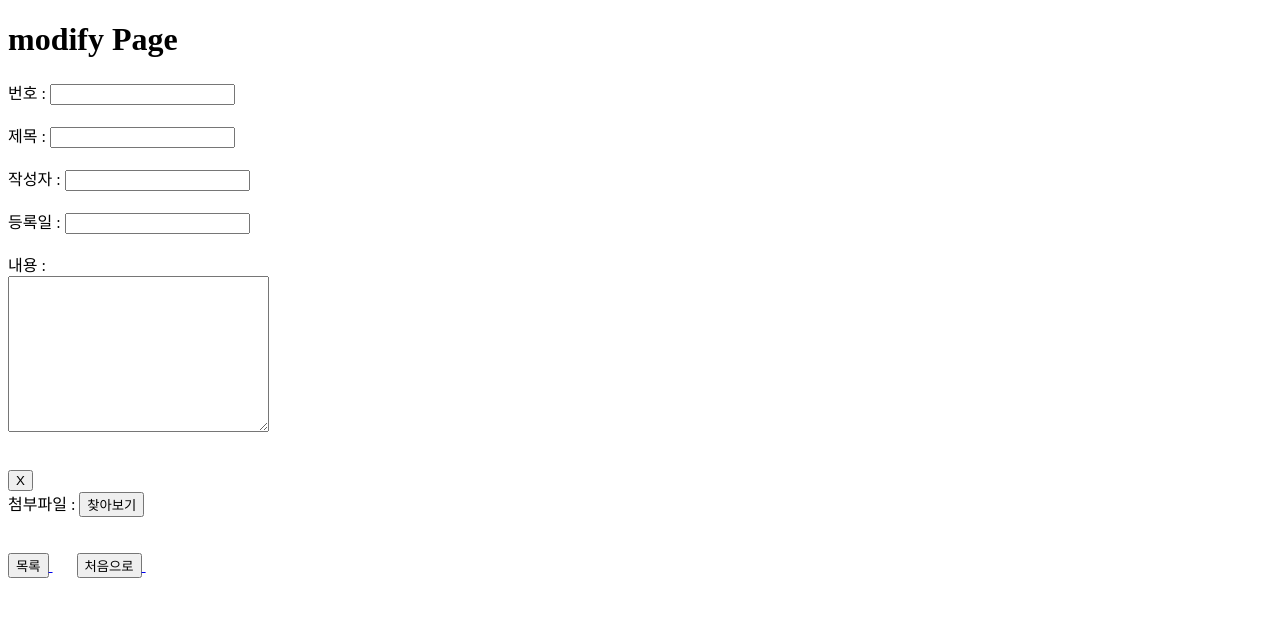
Repository: bbqju13/20230613spring
Page: http://localhost/spring/WEB-INF/views/board/modify.jsp
These files come from the project's save history. The page is drawn as it stood at one moment and after the next save; the edit follows.
The browser window is 1280 px wide. The pictures show the whole page.
The page is served by Tomcat 9. Nobody is signed in. Other server files are loaded and not shown. The template is opened directly, without the code that normally fills it, so the values that code supplies are empty.

Above is the page before, as saved 2023-06-15 05:22:48.

### _spring_project1/spring/src/main/webapp/WEB-INF/views/board/modify.jsp
<%@ page language="java" contentType="text/html; charset=UTF-8"
    pageEncoding="UTF-8"%>
<%@ taglib uri="http://java.sun.com/jsp/jstl/core" prefix="c"%>
<%@ taglib uri="http://java.sun.com/jsp/jstl/functions" prefix="fn"%>
<!DOCTYPE html>
<html>
<head>
<meta charset="UTF-8">
<title>modify Page</title>
</head>
<body>
<h1>modify Page</h1>
<form action="/board/modify" method="post" enctype="multipart/dataform">
번호 : <input type="text" name="bno" value="${boardDTO.bvo.bno }" readonly="readonly">  <br> <br>
제목 : <input type="text" name="title" value="${boardDTO.bvo.title }"> <br> <br>
작성자 : <input type="text" name="writer" value="${boardDTO.bvo.writer }" readonly="readonly"> <br> <br>
등록일 : <input type="text" name="reg_date" value="${boardDTO.bvo.reg_date }" readonly="readonly"> <br> <br>
내용 : <br>
<textarea rows="10" cols="30" name="content">${boardDTO.bvo.content }</textarea> <br> <br>
<!-- 이미지 파일 -->
<div>
	<c:set var="flist" value="#{boardDTO.flist }"></c:set>
	<ul>
		<c:forEach items="${flist }" var="fvo">
			<li>
				<c:choose>
					<c:when test="${fvo.file_type > 0 }">
						<div>
							<img alt="XXX" src="/upload/${fn:replace(fvo.save_dir, '\\','/') }/${fvo.uuid}_th_${fvo.file_name}">
						</div>
					</c:when>
					<c:otherwise>
						<div>
							<!-- 클립모양 같은 파일 아이콘 모양 값을 넣을 수 있음. -->
						</div>
					</c:otherwise>
				</c:choose>

						<div>
						 ${fvo.file_name }
						 ${fvo.uuid }
						</div>


			</li>
		</c:forEach>
	</ul>
						<button type="button" class="file-x" data-uuid="${fvo.uuid }">X</button>
</div>
<!-- 파일등록 -->
	첨부파일 : <input type="file" id="file" name="files" multiple style="display: none">
	<button type="button" id="trigger">찾아보기</button> <br> <br>
</form>
<br>
<a href="/board/list"> <button type="button">목록</button> </a> &nbsp &nbsp &nbsp
<a href="/"> <button type="button">처음으로</button> </a> &nbsp &nbsp &nbsp



<script type="text/javascript" src="/resources/js/boardRegister.js"></script>
<script type="text/javascript" src="/resources/js/boardModify.js"></script>
</body>
</html>

### _spring_project1/spring/src/main/webapp/resources/js/boardRegister.js
document.getElementById('trigger').addEventListener('click',()=>{
    document.getElementById('file').click();
})

// 정규표현식을 사용하여 생성자 함수를 만들기
// 실행파일 막기, 이미지파일인지 아닌지 체크
// fileupload할때 형식제한 함수

const regExp = new RegExp("\.(exe|sh|bat|msi|dll|js)$"); // 실행파일 막기
const regExpImg = new RegExp("\.(jpg|jpeg|png|gif|bmp)$"); // 이미지파일

const maxSize = 1024*1024*20; // 20M 보다 큰지 확인

function fileSizeValidation(fileName, fileSize){ // 첨부 가능한 파일인지 체크
    if(regExp.test(fileName)){ // true : 실행파일임
        return 0; // 안되는 케이스
    }else if(fileSize > maxSize){
        return 0;
    }else if(!regExpImg.test(fileName)){ // 이미지 파일이 아니면 첨부 X
        return 0;
    }
    else{
        return 1;
    }
}

// 첨부 file에 따라서 체크하여 등록가능한지 확인
document.addEventListener('change',(e)=>{
    console.log('e >>>>> : ' + e.target);
    if(e.target.id == 'file'){
        // 첨부되지 말아야 하는 파일이 들어왔을때 전송되는것을 방지
        document.getElementById('regBtn').disabled = false;
        const fileObj = document.getElementById('file').files; // 여러개의 파일이 배열로 들어옴
        console.log(fileObj);

        let div = document.getElementById('fileZone');
        div.innerHTML = '';
        let ul = `<ul>`;
        let isOk = 1; // fileSizeValidation 함수의 통과여부를 체크
        for(let file of fileObj){
            let vaildResult = fileSizeValidation(file.name, file.size);
            isOk *= vaildResult; // 모든 첨부파일의 결과가 1이여야 통과
            ul += `<li>`;
            // 업로드 가능 표시 1 = true / 0 = false
            ul += `${vaildResult ? '<div>업로드 가능' : '<div>업로드 불가능'} </div>`;
            ul += `${file.name}`;
            ul += `<span class="badge rounded-pill text-bg-${vaildResult ? 'success' : 'danger'}">${file.size} Bytes </span></li>`;
        }
        ul += `</ul>`;
        div.innerHTML = ul;

        if(isOk == 0){ // 불가 파일이 있다는 의미.
            document.getElementById('regBtn').disabled = true;
        }
    }
})

### _spring_project1/spring/src/main/webapp/resources/js/boardModify.js
async function removeFileToServer(uuid){
    try{
        const url = '/board/file/'+uuid;
        const config ={
            method : 'delete'
        };
        const resp = await fetch(url, config);
        const result = await resp.text();
        return result;
    }catch(err){
        console.log(err);
    }
}



document.addEventListener('click', (e)=>{
    console.log(e.target);
    if(e.target.classList.contains('file-x')){
        let uuid = e.target.dataset.uuid;
        console.log("uuid >>>>> : "+uuid);
        // 비동기로 데이터 삭제
        removeFileToServer(uuid).then(result =>{
            console.log(result);
            if(result>0){
                alert('파일삭제 성공');
                e.target.closest('li').remove();
            }
        })
    }
})

After the next save:
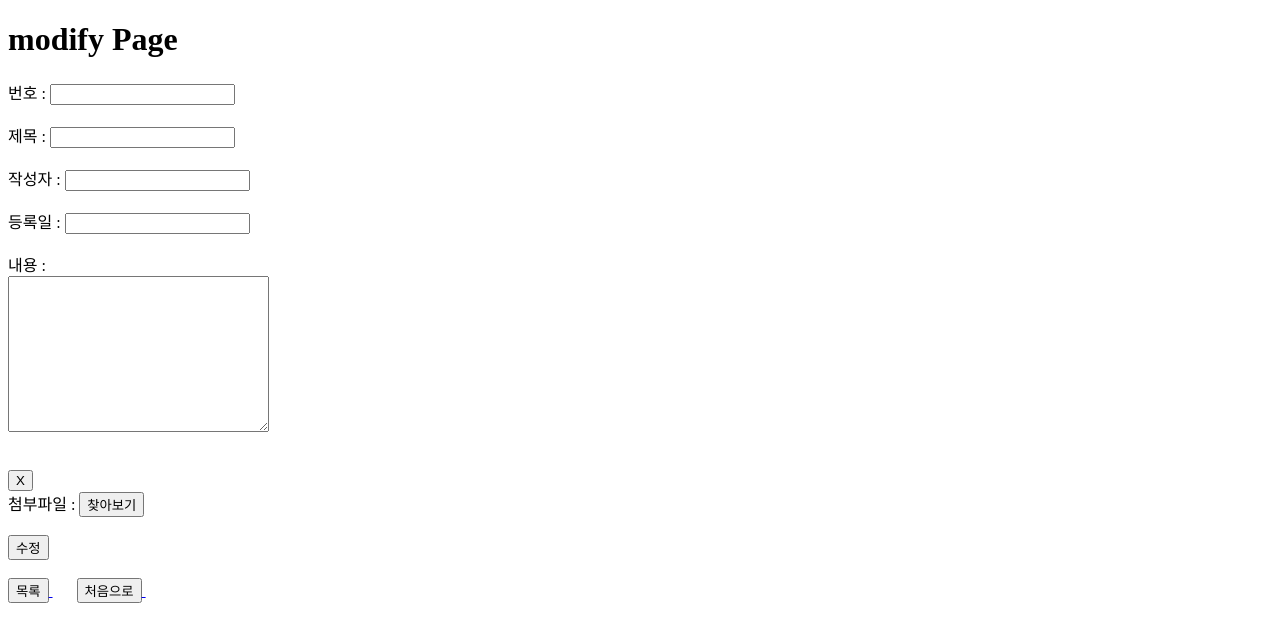
Saved 92 s later.
--- a/_spring_project1/spring/src/main/webapp/WEB-INF/views/board/modify.jsp
+++ b/_spring_project1/spring/src/main/webapp/WEB-INF/views/board/modify.jsp
@@ -50,6 +50,10 @@
 <!-- 파일등록 -->
 	첨부파일 : <input type="file" id="file" name="files" multiple style="display: none">
 	<button type="button" id="trigger">찾아보기</button> <br> <br>
+	<div id="fileZone">
+
+	</div>
+	<button id="regBtn">수정</button>
 </form>
 <br>
 <a href="/board/list"> <button type="button">목록</button> </a> &nbsp &nbsp &nbsp
